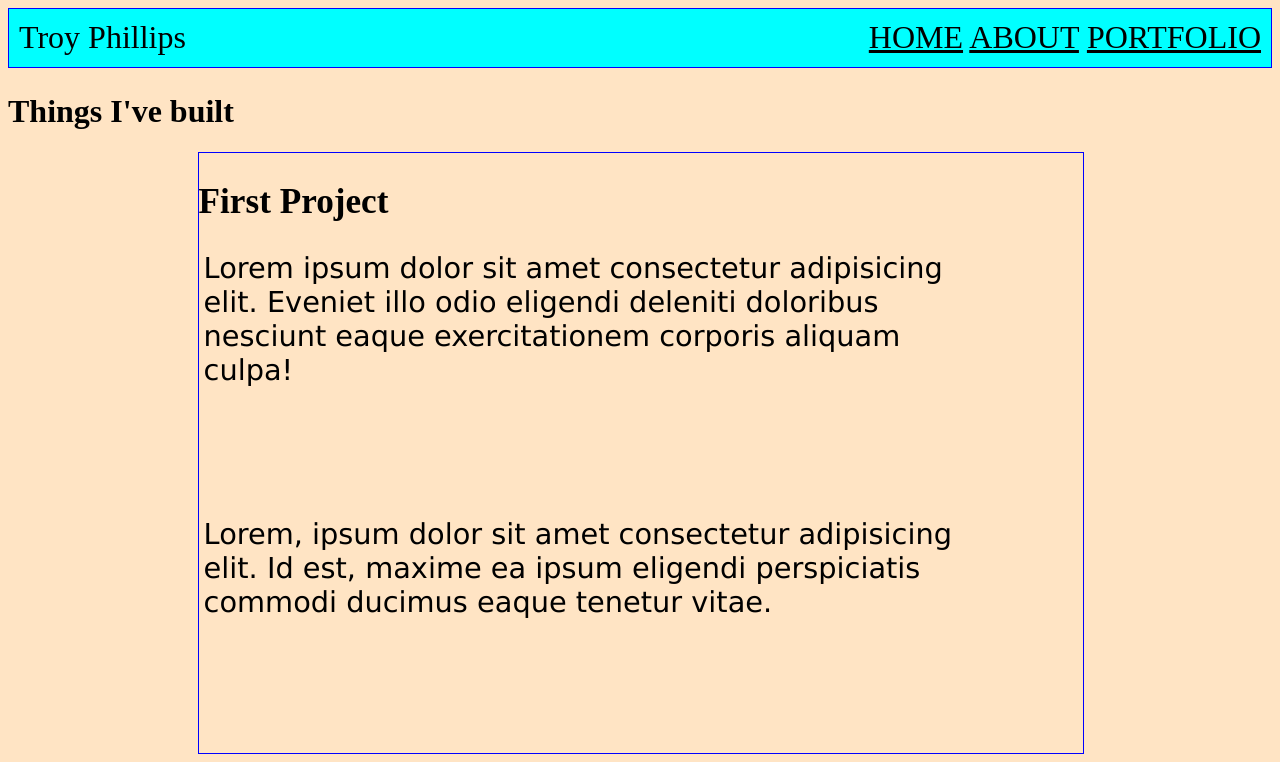
Repository: TheTroyPhillips/Personal-website
Page: portfolio.html
The author's editor kept a copy of each file at every save. The page is drawn from the files as they stood at one save, then again after the next save.
The browser window is 1280 px wide. The pictures show the whole page.

Above is the page before, as saved 2023-09-10 22:37:25.

After the next save:
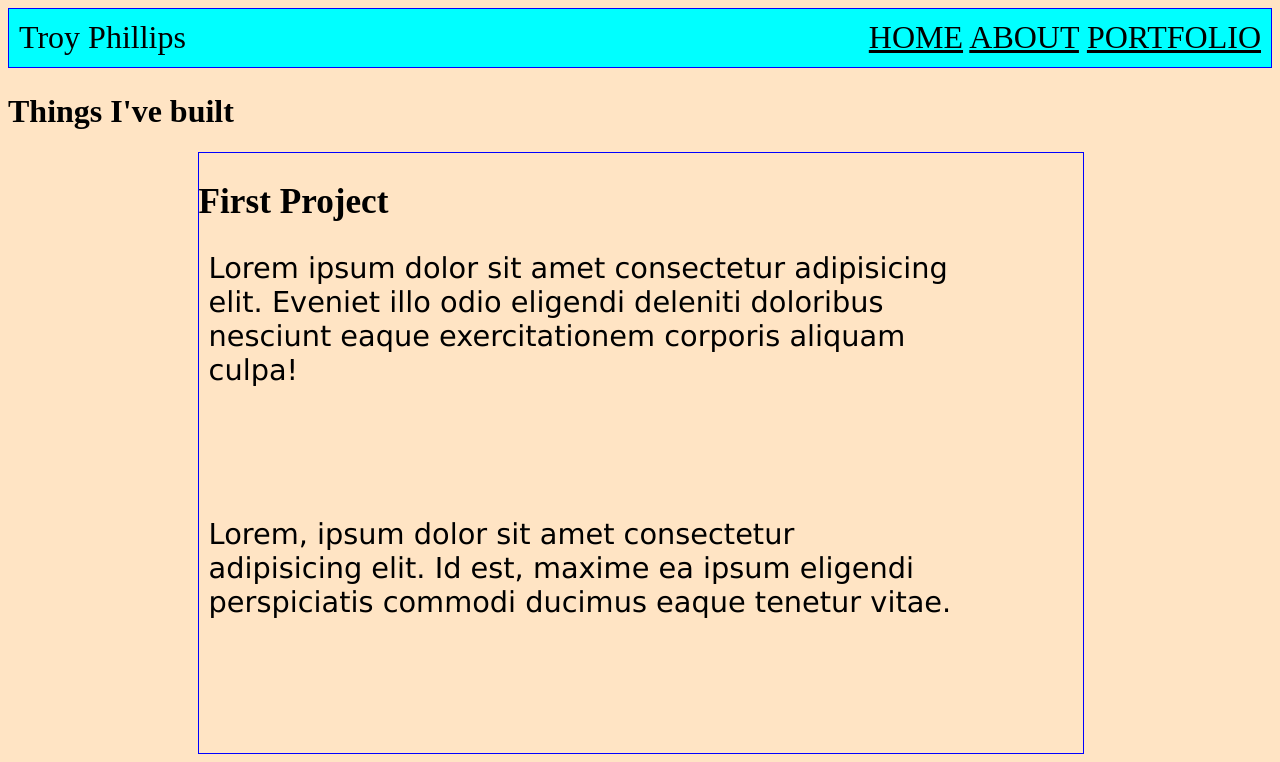
Saved 4 s later.
--- a/style.css
+++ b/style.css
@@ -60,5 +60,5 @@ h2{
     font-size: 1.8rem;
     margin-top: 10px;
     text-align: left;
-    margin-left: 5px;
+    margin-left: 10px;
 }
